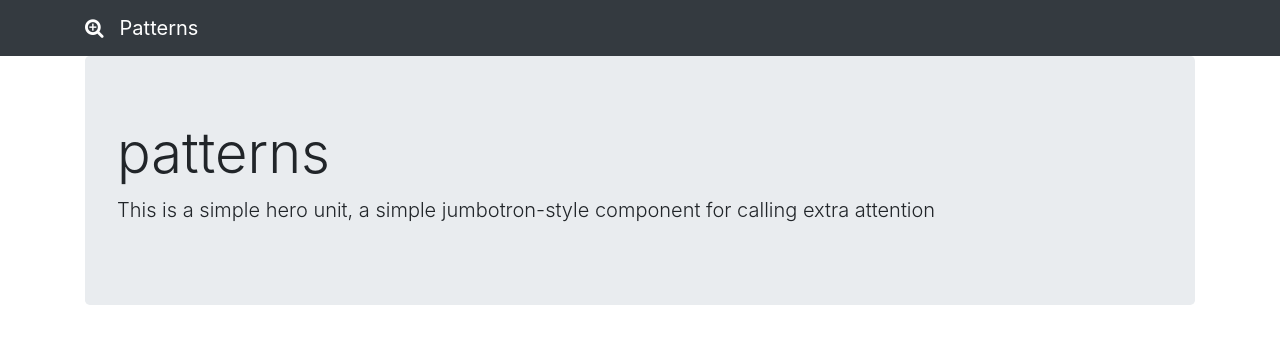
Repository: Mietlicha/patterns
Page: index.html
The author's editor kept a copy of each file at every save. The page is drawn from the files as they stood at one save, then again after the next save.
The browser window is 1280 px wide. The pictures show the whole page.

Above is the page before, as saved 2019-10-24 11:13:02.

### index.html
<!DOCTYPE html>
<html lang="en">

<head>
    <meta charset="UTF-8">
    <meta name="viewport" content="width=device-width, initial-scale=1.0">
    <meta http-equiv="X-UA-Compatible" content="ie=edge">
    <title>Document</title>
    <link rel="stylesheet" href="style.css">
    <link rel="stylesheet" href="https://stackpath.bootstrapcdn.com/bootstrap/4.3.1/css/bootstrap.min.css"
        integrity="sha384-ggOyR0iXCbMQv3Xipma34MD+dH/1fQ784/j6cY/iJTQUOhcWr7x9JvoRxT2MZw1T" crossorigin="anonymous">
    <link rel="stylesheet" href="https://cdnjs.cloudflare.com/ajax/libs/font-awesome/4.7.0/css/font-awesome.min.css">

</head>

<body>
    <nav class="navbar navbar-dark bg-dark">
        <div class="container"><a class="navbar-brand" href="#"><i class="fa fa-search-plus mr-3" aria-hidden="true"></i>Patterns</a></div>
    </nav>
    <article class="container">
    <section class="jumbotron">
            <h1 class="display-4">patterns</h1>
            <p class="lead">This is a simple hero unit, a simple jumbotron-style component for calling extra attention</p>
            </section>
        </article>


    <script src="https://code.jquery.com/jquery-3.3.1.slim.min.js"
        integrity="sha384-q8i/X+965DzO0rT7abK41JStQIAqVgRVzpbzo5smXKp4YfRvH+8abtTE1Pi6jizo"
        crossorigin="anonymous"></script>
    <script src="https://cdnjs.cloudflare.com/ajax/libs/popper.js/1.14.7/umd/popper.min.js"
        integrity="sha384-UO2eT0CpHqdSJQ6hJty5KVphtPhzWj9WO1clHTMGa3JDZwrnQq4sF86dIHNDz0W1"
        crossorigin="anonymous"></script>
    <script src="https://stackpath.bootstrapcdn.com/bootstrap/4.3.1/js/bootstrap.min.js"
        integrity="sha384-JjSmVgyd0p3pXB1rRibZUAYoIIy6OrQ6VrjIEaFf/nJGzIxFDsf4x0xIM+B07jRM"
        crossorigin="anonymous"></script>
</body>

</html>

Loaded but not shown: style.css (no copy from this time; the picture is the same without it)

After the next save:
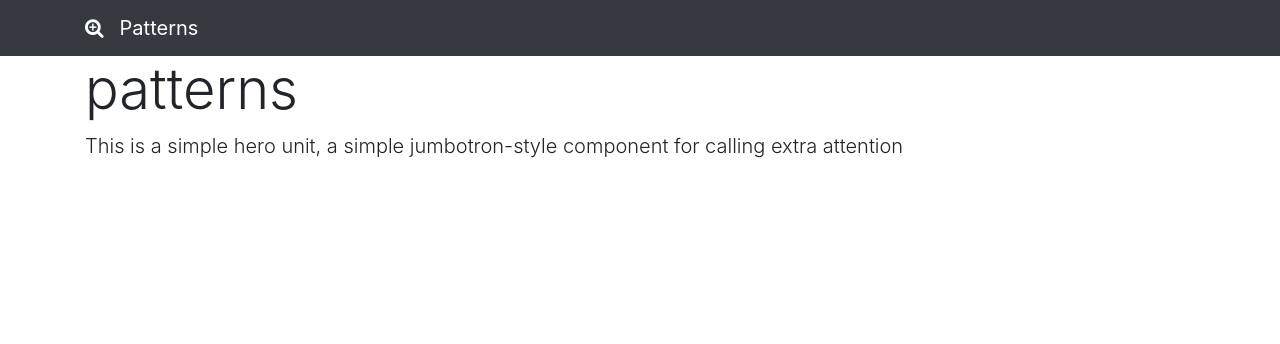
Saved 25 s later.
--- a/index.html
+++ b/index.html
@@ -18,7 +18,7 @@
         <div class="container"><a class="navbar-brand" href="#"><i class="fa fa-search-plus mr-3" aria-hidden="true"></i>Patterns</a></div>
     </nav>
     <article class="container">
-    <section class="jumbotron">
+    <section>
             <h1 class="display-4">patterns</h1>
             <p class="lead">This is a simple hero unit, a simple jumbotron-style component for calling extra attention</p>
             </section>
